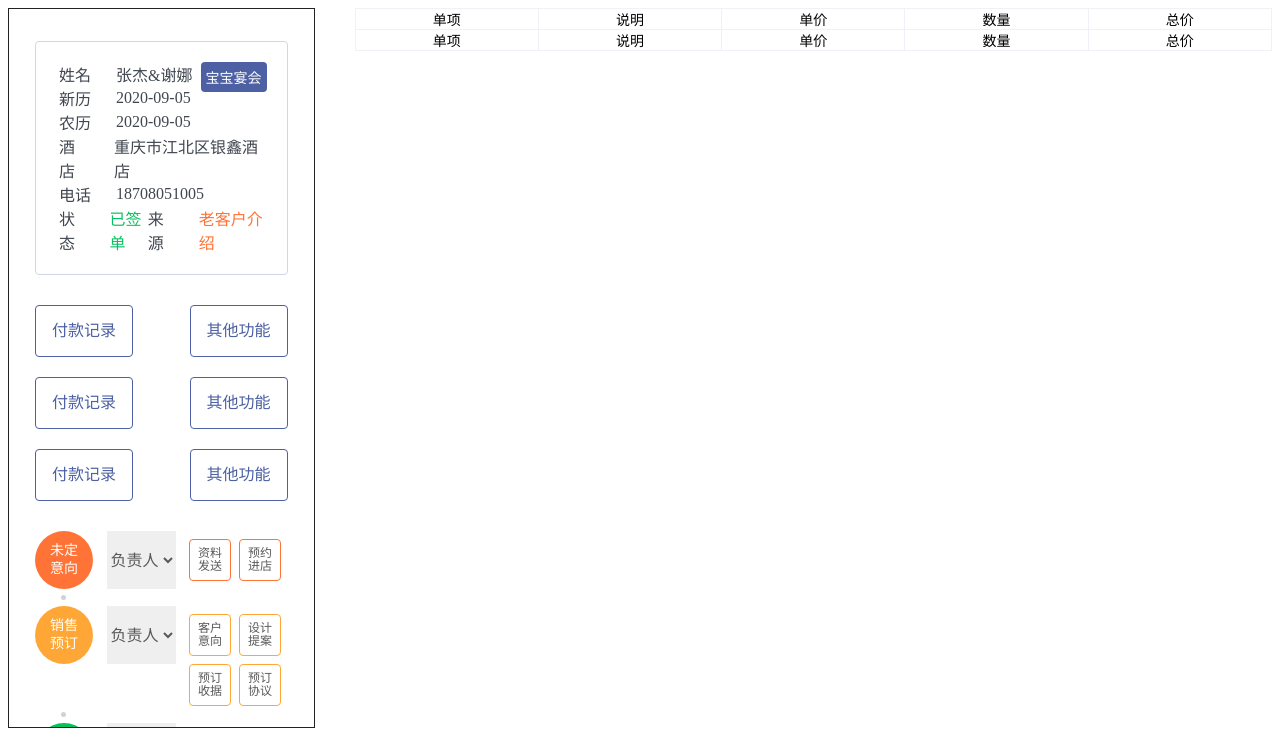
Repository: Lairuola/wedding-1
Page: index.html
An editor plug-in stored every save of this project. The page is shown before and after a run of saves, followed by the edit.
The browser window is 1280 px wide. The pictures show the whole page.

Above is the page before, as saved 2020-12-24 15:40:28.

After the next 2 saves:
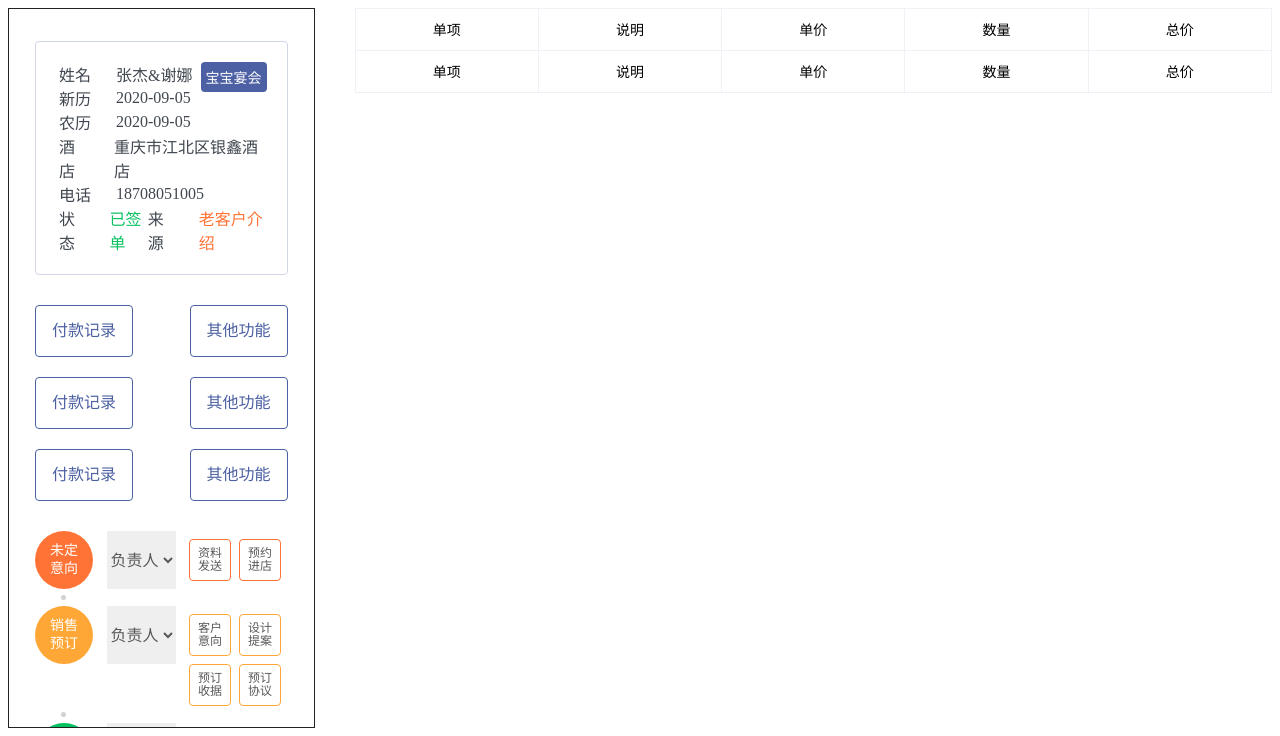
The 2 saves are shown as one change because they came seconds apart.
The last was saved 52 s later.
--- a/index.html
+++ b/index.html
@@ -2,7 +2,7 @@
  * @Author       : 濑若拉
  * @Date         : 2020-12-17 10:22:14
  * @LastEditors  : 濑若拉
- * @LastEditTime : 2020-12-24 15:40:28
+ * @LastEditTime : 2020-12-24 15:41:17
  * @FilePath     : /slidebar/index.html
 -->
 
@@ -301,6 +301,7 @@
       justify-content: center;
       border: 1px solid #eff1f7;
       font-size: 14px;
+      padding: .65rem;
     }
 
     .my-table .rows .item:not(:last-child) {
